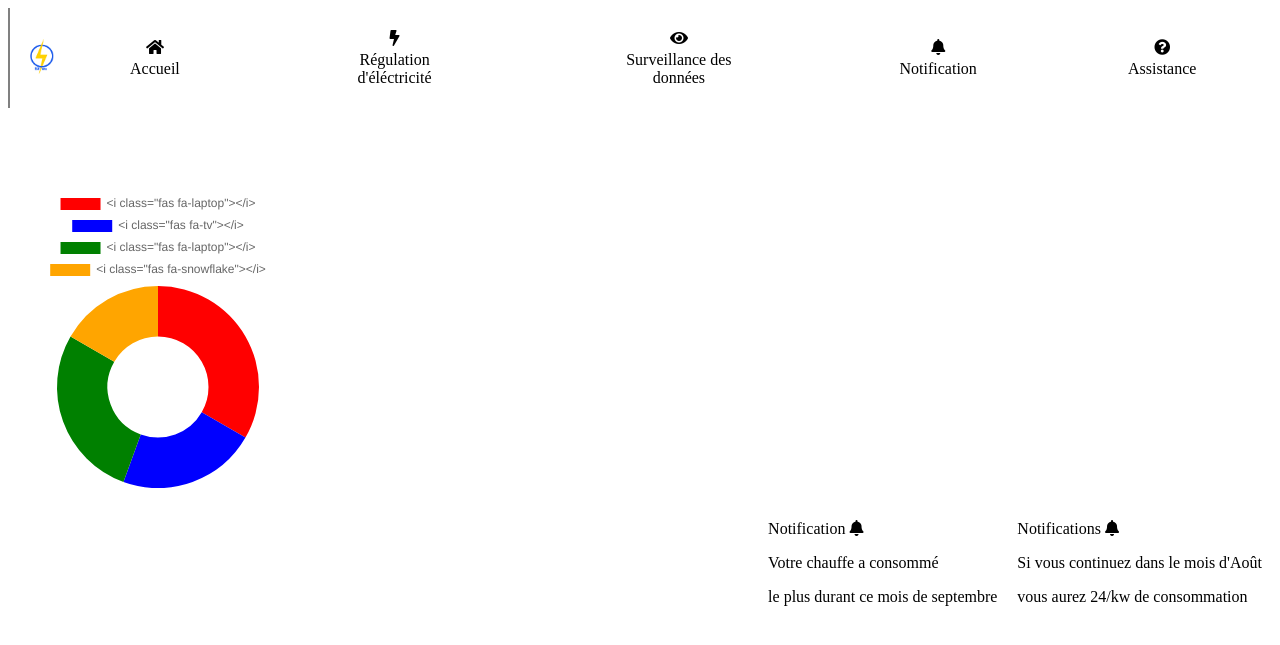
Repository: hamdia200/OSC-Ecowiz
Page: http://localhost/accueil
These files come from the project's save history. The page is drawn as it stood at one moment and after the next save; the edit follows.
The browser window is 1280 px wide. The pictures show the whole page.
The page is served by the project's Laravel application, run on PHP 8.4 with Laravel 10.

Above is the page before, as saved 2023-08-18 14:02:30.

After the next save:
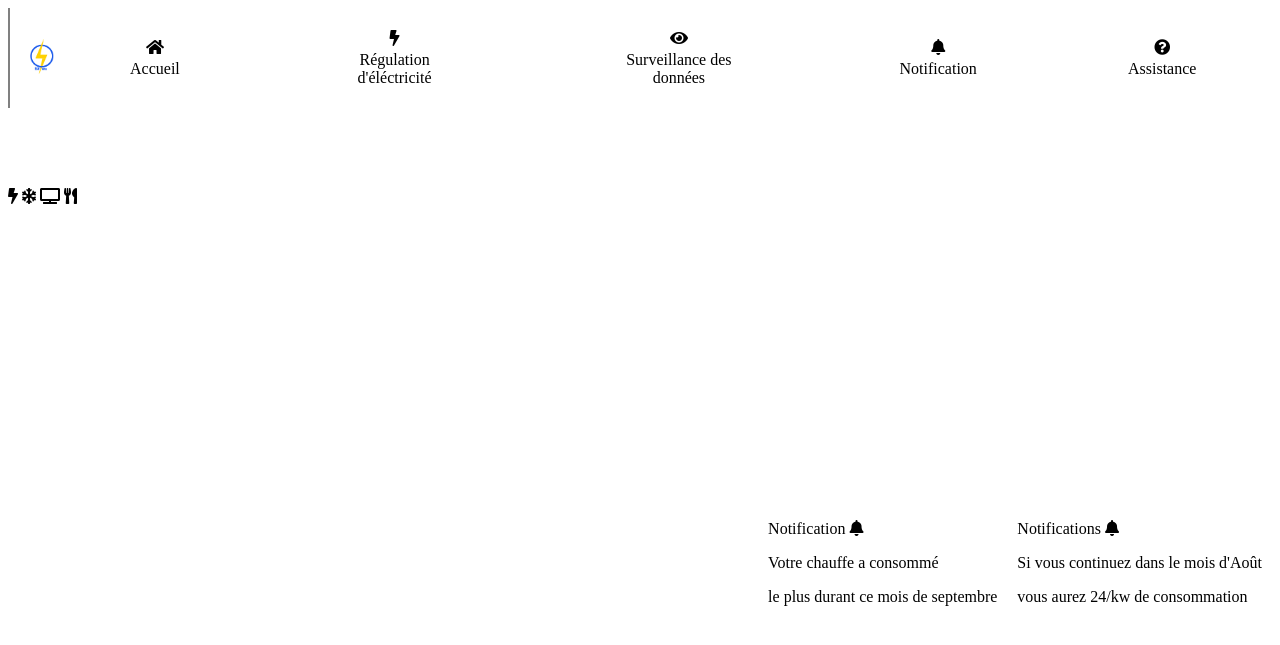
Console error: TypeError: Cannot read properties of null (reading 'getContext')
Saved 14 min 14 s later.
--- a/resources/views/accueil.blade.php
+++ b/resources/views/accueil.blade.php
@@ -41,22 +41,15 @@
 
     </style>
     <body>
-                <div class="row">
-                    <div class="col-md-6">
-                        <div class="row">
-                            <div class="col-xl-3">
-                                <div class="circle-container">
-                                    <div class="chart-container">
-                                        <canvas id="myCustomChart"></canvas>
-                                    </div>
-
-                                </div>
-
-                            </div>
-
-                        </div>
-
-                    </div>
+    <div class="circle-container">
+        <div class="chart-container">
+            <canvas id="myChart"></canvas>
+        </div>
+        <i class="fas fa-bolt icon-left"></i>
+        <i class="fas fa-snowflake icon-top"></i>
+        <i class="fas fa-tv icon-right"></i>
+        <i class="fas fa-utensils icon-bottom"></i>
+    </div>
 
                     <div class="row">
                         <div class="col-xl-3">
